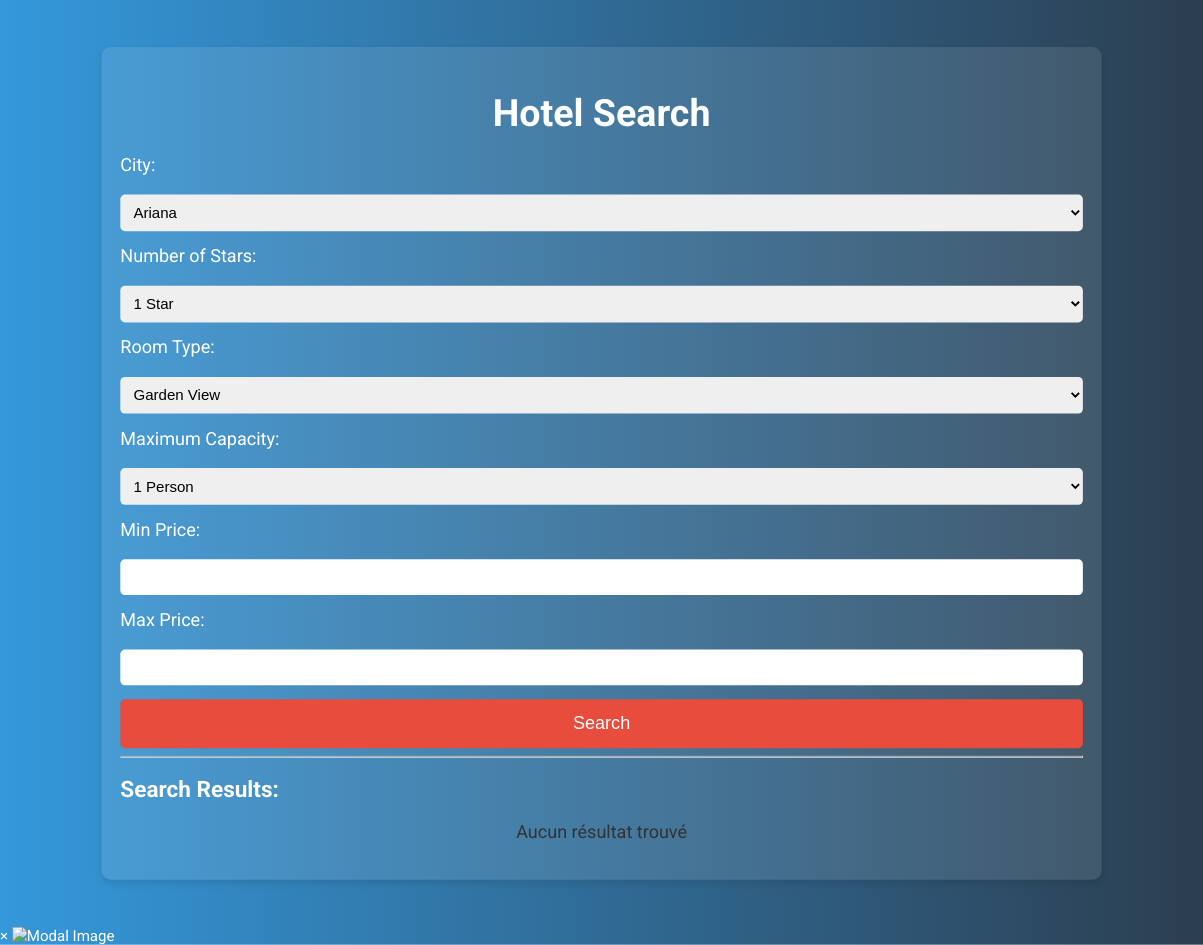
Repository: ToumiFourat/HotelManagementt
Page: http://localhost/Hotell/views/index.jsp
An editor plug-in stored every save of this project. The page is shown before and after the next save, followed by the edit.
The browser window is 1280 px wide. The pictures show the whole page, at 94% of full size.
The page is served by Tomcat 10.

Above is the page before, as saved 2024-12-13 15:28:27.

After the next save:
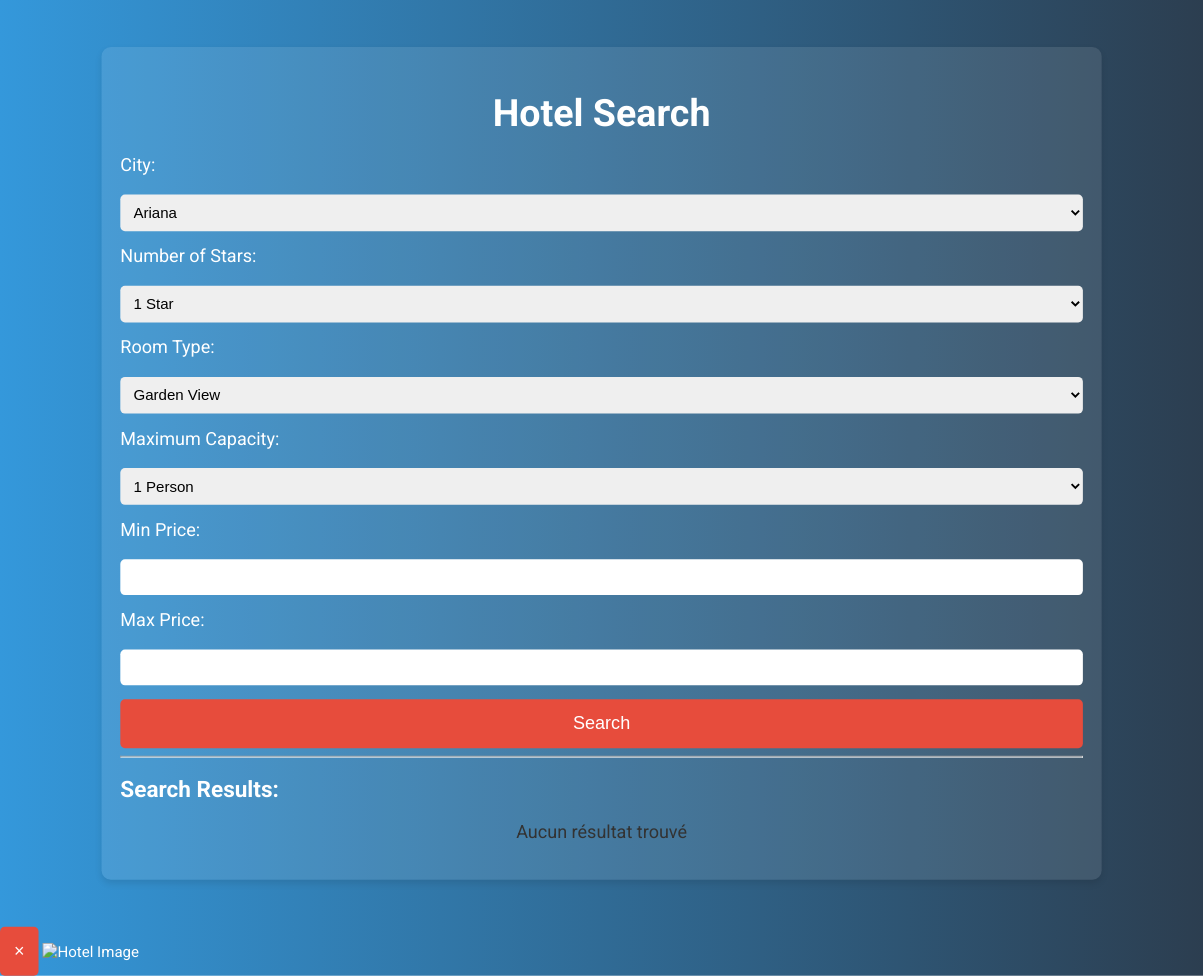
Saved 6 min 0 s later.
--- a/Hotell/src/main/webapp/views/index.jsp
+++ b/Hotell/src/main/webapp/views/index.jsp
@@ -181,34 +181,49 @@
             margin: 5px 0;
             color: #555;
         }
-         /* Modal styles */
+         /* Modal styling */
         .modal {
-            display: none; /* Cacher par défaut */
+            display: none;
             position: fixed;
             top: 0;
             left: 0;
             width: 100%;
             height: 100%;
-            background-color: rgba(0, 0, 0, 0.8);
-            z-index: 1000;
+            background: rgba(0, 0, 0, 0.8);
             justify-content: center;
             align-items: center;
-        }
-
-        .modal img {
-            max-width: 90%;
-            max-height: 90%;
-            border-radius: 10px;
-        }
-
-        .modal .close {
+            z-index: 1000;
+        }
+
+        .modal-content {
+            position: relative;
+            max-width: 80%;
+            max-height: 80%;
+        }
+
+        .modal-content img {
+            width: 100%;
+            height: auto;
+            border-radius: 5px;
+        }
+
+        .modal-close {
             position: absolute;
-            top: 20px;
-            right: 20px;
+            top: 10px;
+            right: 10px;
+            background: #e74c3c;
             color: white;
-            font-size: 2em;
+            border: none;
+            padding: 10px 15px;
+            border-radius: 50%;
             cursor: pointer;
-        }
+            font-size: 18px;
+        }
+
+        .modal-close:hover {
+            background: #c0392b;
+        }
+
         }
     </style>
 </head>
@@ -267,18 +282,18 @@
                 for (HotelRoom hotel : hotelResults) {
             %>
                 <div class="result-item">
-                    <div class="image-container">
-                        <img src="uploads/<%= hotel.getImageUrl() %>" alt="Hotel Image" onclick="openModal(this)">
-                    </div>
-                    <div class="details">
-                        <h3><%= hotel.getHotelName() %></h3>
-                        <p>City: <%= hotel.getCity() %></p>
-                        <p>Stars: <%= hotel.getNumberOfStars() %></p>
-                        <p>Room Type: <%= hotel.getRoomType() %></p>
-                        <p>Price: <%= hotel.getPrice() %> TND</p>
-                        <p>Capacity: <%= hotel.getCapacity() %></p>
-                    </div>
-                </div>
+  <div class="image-container">
+    <img src="uploads/<%= hotel.getImageUrl() %>" onclick="openModal('uploads/<%=hotel.getImageUrl()%>')" alt="Hotel Image">
+  </div>
+  <div class="details">
+    <h3><%= hotel.getHotelName() %></h3>
+    <p>City: <%= hotel.getCity() %></p>
+    <p>Stars: <%= hotel.getNumberOfStars() %></p>
+    <p>Room Type: <%= hotel.getRoomType() %></p>
+    <p>Price: <%= hotel.getPrice() %> TND</p>
+    <p>Capacity: <%= hotel.getCapacity() %></p>
+  </div>
+</div>
 
             <%
                 }
@@ -291,28 +306,30 @@
         </div>
     </div>
 
-
-    <!-- Modal pour afficher l'image en grand -->
-    <div id="imageModal" class="modal">
-        <span class="close" onclick="closeModal()">&times;</span>
-        <img id="modalImage" src="" alt="Modal Image">
+    <!-- Modal -->
+    <div class="modal" id="imageModal">
+        <div class="modal-content">
+            <button class="modal-close" onclick="closeModal()">×</button>
+            <img id="modalImage" src="" alt="Hotel Image">
+        </div>
     </div>
 
     <script>
-        // Fonction pour ouvrir le modal
-        function openModal(image) {
-            const modal = document.getElementById('imageModal');
-            const modalImage = document.getElementById('modalImage');
-            modalImage.src = image.src;
-            modal.style.display = 'flex';
-        }
-
-        // Fonction pour fermer le modal
-        function closeModal() {
-            const modal = document.getElementById('imageModal');
-            modal.style.display = 'none';
-        }
+    function openModal(imageSrc) {
+        const modal = document.getElementById('imageModal');
+        const modalImage = document.getElementById('modalImage');
+        modalImage.src = imageSrc;
+        modal.style.display = 'flex';
+    }
+
+    function closeModal() {
+        const modal = document.getElementById('imageModal');
+        modal.style.display = 'none';
+    }
     </script>
+
+
+
 
 
 </body>
